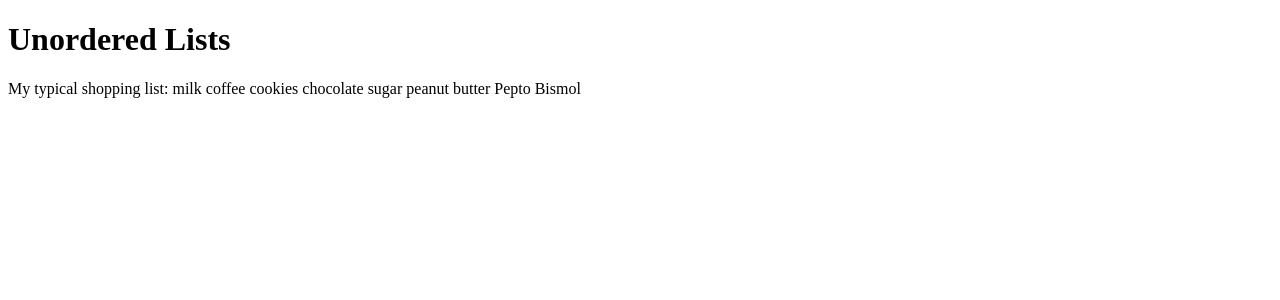
Repository: Koniya/my-coding-practices
Page: unordered-lists-before.html
The author's editor kept a copy of each file at every save. The page is drawn from the files as they stood at one save, then again after the next save.
The browser window is 1280 px wide. The pictures show the whole page.

Above is the page before, as saved 2024-01-24 20:15:46.

After the next save:
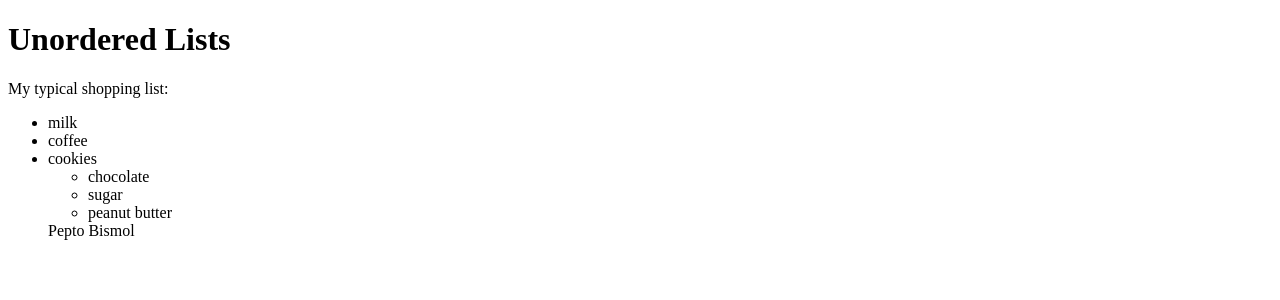
Saved 5 min 56 s later.
--- a/unordered-lists-before.html
+++ b/unordered-lists-before.html
@@ -7,15 +7,19 @@
     <body>
         <h1>Unordered Lists</h1>
         <div>
-            My typical shopping list:
-
-            milk
-            coffee
-            cookies
-              chocolate
-              sugar
-              peanut butter
+         My typical shopping list:
+         <ul>
+         <li>milk</li>
+         <li>coffee</li>
+         <li>cookies
+            <ul>
+              <li>chocolate</li>
+              <li>sugar</li>
+              <li>peanut butter</li>
+            </ul>
+         </li>
             Pepto Bismol
+        </ul>
         </div>
     </body>
 </html>
